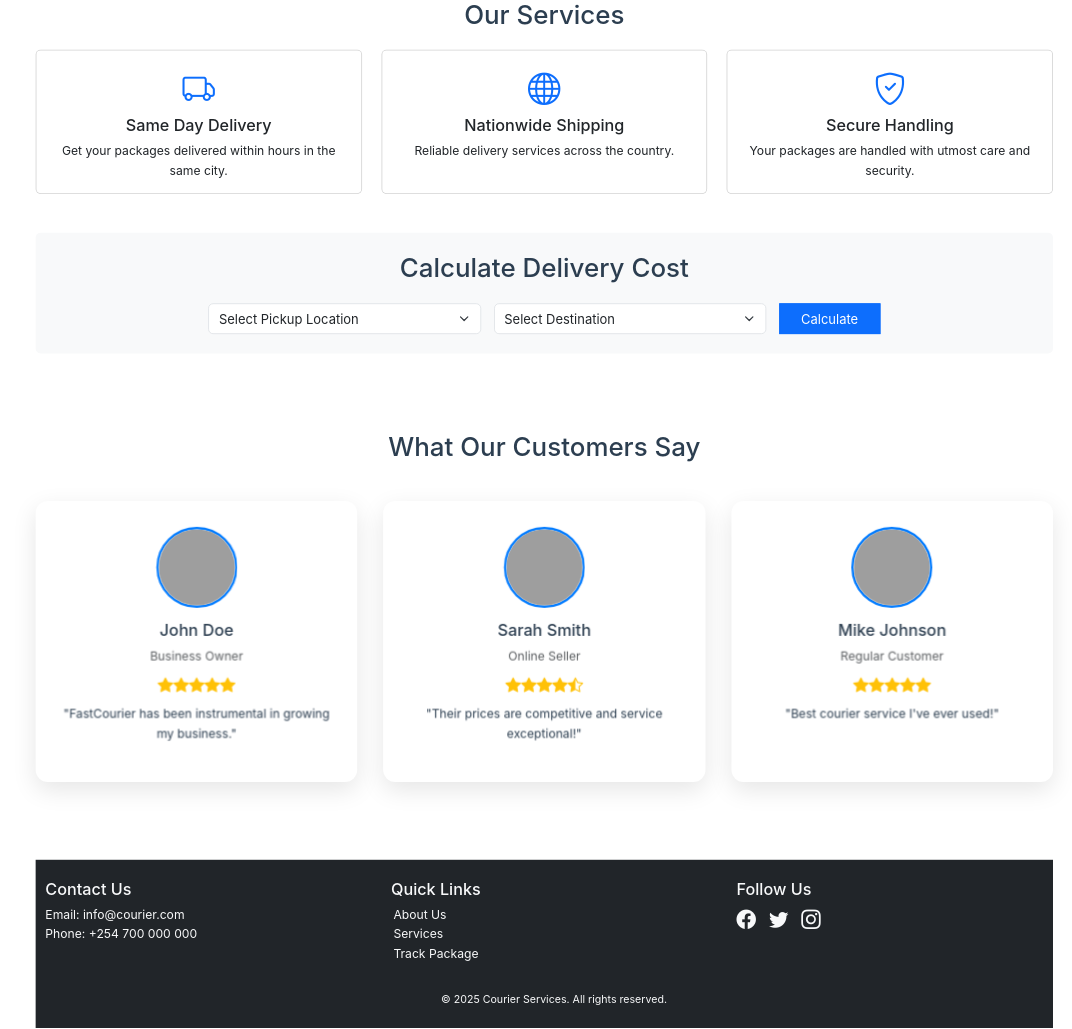
Repository: stancillous/package-yangu-logistics
Page: /
An editor plug-in stored every save of this project. The page is shown before and after the next save, followed by the edit.
The browser window is 1280 px wide. The page is 1324 px wide, so the pictures cover 1324 px, including what lies to the right of the window. The pictures show the part of the page from y = 676 to 2046 px (the page is 1946 px tall before and 2046 px after), at 81% of full size.
Pictures or frames that could not be fetched are drawn as grey boxes. The project was rebuilt for these pictures with package versions that can differ from the ones it lists, and the page was loaded fresh each time. Also part of the build but not shown: vite.config.ts.

Above is the page before, as saved 2025-01-31 14:07:22.

After the next save:
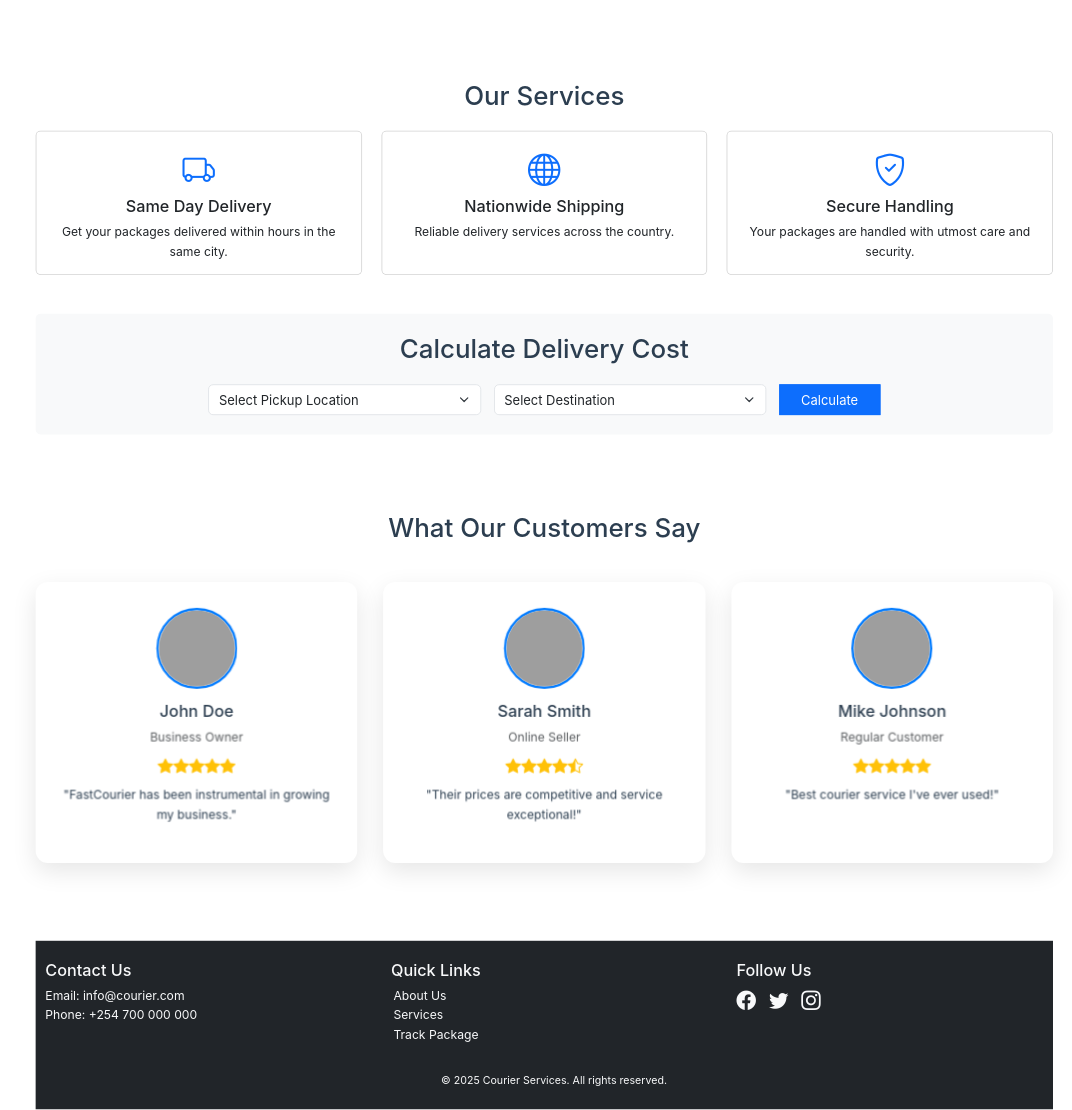
Saved 6 s later.
--- a/src/views/Index.vue
+++ b/src/views/Index.vue
@@ -33,7 +33,7 @@
         </div>
 
         <!-- Services Section -->
-        <div style="padding-top: 600px;" class="">
+        <div style="padding-top: 700px;" class="">
           <h2 class="text-center mb-4">Our Services</h2>
           <div class="row g-4">
             <div class="col-md-4">
